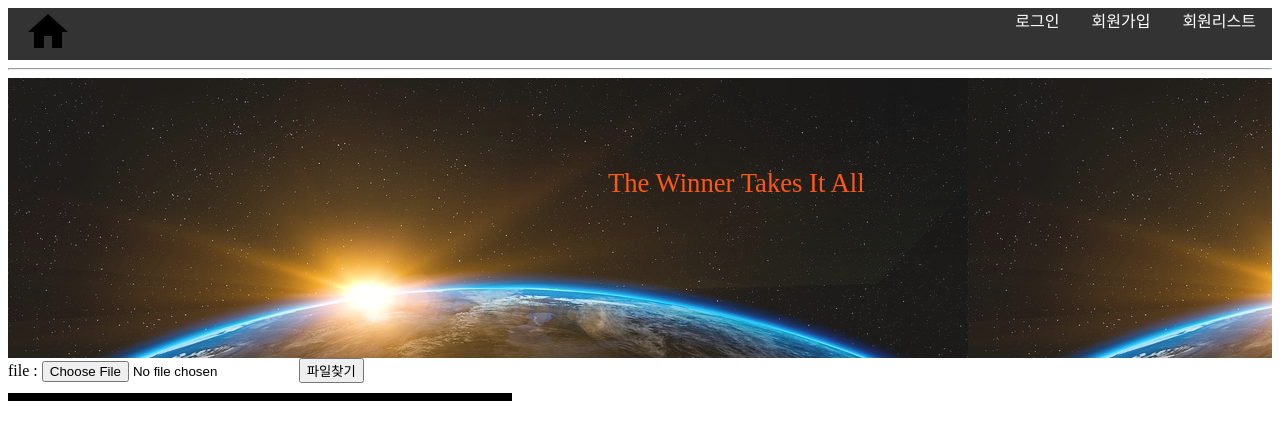
Repository: LeeHyukJe/jsp-bit
Page: http://localhost/jsp3/addrbook/index.jsp
These files come from the project's save history. The page is drawn as it stood at one moment and after the next save; the edit follows.
The browser window is 1280 px wide. The pictures show the whole page.
The page is served by Tomcat 9. Other server files are loaded and not shown. Queries for data that is not in the repository find no rows.

Above is the page before, as saved 2017-09-19 03:59:43.

### jsp3/WebContent/addrbook/index.jsp
<%@ page language="java" contentType="text/html; charset=UTF-8"
	pageEncoding="UTF-8"%>
<%@page import="jspbook.addrbook.*"%>
<%@page import="java.util.*"%>
<jsp:useBean id="addrbook" scope="page"
	class="jspbook.addrbook.AddrBook" />
<jsp:useBean id="addrbean" scope="page"
	class="jspbook.addrbook.AddrBean" />
<%
	ArrayList<AddrBook> list = addrbean.getDBList();
	String[] pic_list = new String[list.size()];
	Iterator<AddrBook> it = list.iterator();
	for (int i = 0; it.hasNext(); i++) {
		pic_list[i] = it.next().getAb_picture();
	}
%>


<!DOCTYPE html PUBLIC "-//W3C//DTD HTML 4.01 Transitional//EN" "http://www.w3.org/TR/html4/loose.dtd">
<html>
<head>
<meta charset="UTF-8">
<title>MyHompage</title>
<link rel="stylesheet" href="Hompage.css" type="text/css" media="screen" />
</head>
<style>
.img {
	width: 100%;
}
</style>
<body>


	<ul>
		<li class="home"><a href="HomePage.html"><img
				src="homeIcon.png" height="48" width="48" /></a></li>
		<li><a href="addrbook_control.jsp?action=list">회원리스트</a></li>
		<li><a href="addrbook_form.jsp">회원가입</a></li>
		<li><a href="login_form.html">로그인</a></li>
	</ul>
	<hr>
	<div class="gate">
		<div class="winner">The Winner Takes It All</div>
	</div>
	<div>
		<form action="fileTest.jsp" method="post"
			enctype="multipart/form-data">
			file : <input type="file" name="ab_picture"> <input
				type="submit" value="파일찾기">
		</form>
		<div class="main_container">
			<div class="picture1">
				<%
					for (int i = 0; i < pic_list.length; i++) {
						if (pic_list[i] == null)
							continue;
				%>
				<img class="img" src="<%=pic_list[i]%>">
				<%
					}
				%>
			</div>
			<div class="picture2">

			</div>
		</div>
	</div>
	<!-- <div class="gradient1">Copyright(c)2017 이혁제 All rights reserved.
	<!-->
	</div>

</body>
</html>

### jsp3/src/jspbook/addrbook/AddrBook.java
package jspbook.addrbook;


public class AddrBook {
	private int ab_id;
	private String ab_name;
	private String ab_email;
	private String ab_tel;
	private String ab_birth;
	private String ab_comdept;
	private String ab_memo;
	private String ab_picture;

	public int getAb_id() {
		return ab_id;
	}
	public void setAb_id(int ab_id) {
		this.ab_id = ab_id;
	}
	public String getAb_name() {
		return ab_name;
	}
	public void setAb_name(String ab_name) {
		this.ab_name = ab_name;
	}
	public String getAb_email() {
		return ab_email;
	}
	public void setAb_email(String ab_email) {
		this.ab_email = ab_email;
	}
	public String getAb_tel() {
		return ab_tel;
	}
	public void setAb_tel(String ab_tel) {
		this.ab_tel = ab_tel;
	}
	public String getAb_birth() {
		return ab_birth;
	}
	public void setAb_birth(String ab_birth) {
		this.ab_birth = ab_birth;
	}
	public String getAb_comdept() {
		return ab_comdept;
	}
	public void setAb_comdept(String ab_comdept) {
		this.ab_comdept = ab_comdept;
	}
	public String getAb_memo() {
		return ab_memo;
	}
	public void setAb_memo(String ab_memo) {
		this.ab_memo = ab_memo;
	}
	public String getAb_picture() {
		return ab_picture;
	}
	public void setAb_picture(String ab_picture) {
		this.ab_picture = ab_picture;
	}

}

### jsp3/src/jspbook/addrbook/AddrBean.java
package jspbook.addrbook;


import java.sql.*;
import java.util.*;

/**
 * file:AddrBean.java
 * desc:주소록 프로그램 DAO 클래스
 * @author 이혁제(lims2733@naver.com)
 */

public class AddrBean {
	Connection conn;
	PreparedStatement pstmt;

	String jdbc_driver;
	String jdbc_url;

	void connect() {


		if(System.getProperty("user.name").equals("lims2733")) {
			jdbc_driver="com.mysql.jdbc_Driver";
			jdbc_url="jdbc:mysql://127.0.0.1:3306/db";
		}
		else {
			jdbc_driver="oracle.jdbc.driver.OracleDriver";
			jdbc_url="jdbc:oracle:thin:@localhost:1521:xe";
		}

		try {
			Class.forName(jdbc_driver);
			conn=DriverManager.getConnection(jdbc_url,"student","1234");
		}catch(Exception e) {
			System.out.println(e);
		}
	}

	void disconnect() {
		if(pstmt!=null) {
			try {
				pstmt.close();
			}catch(SQLException e) {
				System.out.println(e);
			}catch(Exception e) {
				System.out.println(e);
			}
		}

		if(conn!=null) {
			try {
				conn.close();
			}catch(SQLException e) {
				System.out.println(e);
			}catch(Exception e) {
				System.out.println(e);
			}
		}
	}

	public boolean updateDB(AddrBook addrbook) {
		connect();

		String sql="update addrbook set ab_name=?,ab_email=?, ab_comdept=?,ab_birth=?,ab_tel=?, ab_memo=? where ab_id=?";

		try {
			pstmt=conn.prepareStatement(sql);
			pstmt.setString(1, addrbook.getAb_name());
			pstmt.setString(2, addrbook.getAb_email());
			pstmt.setString(3, addrbook.getAb_comdept());
			pstmt.setString(3, addrbook.getAb_birth());
			pstmt.setString(5, addrbook.getAb_tel());
			pstmt.setString(6, addrbook.getAb_memo());
			pstmt.setInt(7, addrbook.getAb_id());
		}catch(SQLException e) {
			System.out.println(e);
			return false;
		}finally {
			disconnect();
		}
		return true;
	}

	public boolean deleteDB(int gb_id) {
		connect();

		String sql="delete from addrbook where ab_id=?";

		try {
			pstmt=conn.prepareStatement(sql);
			pstmt.setInt(1, gb_id);
			pstmt.executeUpdate();
		}catch(SQLException e) {
			System.out.println(e);
			return false;
		}finally {
			disconnect();
		}
		return true;
	}

	public boolean insertDB(AddrBook addrbook) {
		connect();

		String sql="insert into addrbook(ab_name,ab_email,ab_comdept,ab_birth,ab_tel,ab_memo,ab_picture) values(?,?,?,?,?,?,?)";

		try {
			pstmt=conn.prepareStatement(sql);
			pstmt.setString(1, addrbook.getAb_name());
			pstmt.setString(2, addrbook.getAb_email());
			pstmt.setString(3, addrbook.getAb_comdept());
			pstmt.setString(4, addrbook.getAb_birth());
			pstmt.setString(5, addrbook.getAb_tel());
			pstmt.setString(6, addrbook.getAb_memo());
			pstmt.setString(7,addrbook.getAb_picture());
			pstmt.executeUpdate();
		}catch(SQLException e) {
			System.out.println(e);
			return false;
		}catch(Exception e) {
			System.out.println(e);
		}finally {
			disconnect();
		}
		return true;
	}

	public AddrBook getDB(int gb_id) {
		connect();

		String sql="select *from addrbook where ab_id=?";
		AddrBook addrbook=new AddrBook();

		try {
			pstmt=conn.prepareStatement(sql);
			pstmt.setInt(1, gb_id);
			ResultSet rs=pstmt.executeQuery();
			rs.next();
				addrbook.setAb_id(rs.getInt(1));
				addrbook.setAb_name(rs.getString(2));
				addrbook.setAb_email(rs.getString(3));
				addrbook.setAb_birth(rs.getString(4));
				addrbook.setAb_tel(rs.getString(5));
				addrbook.setAb_comdept(rs.getString(5));
				addrbook.setAb_memo(rs.getString(6));

			rs.close();
		}catch(SQLException e) {
			System.out.println(e);
		}finally {
			disconnect();
		}
		return addrbook;
	}

	public ArrayList<AddrBook> getDBList(){
		connect(); //db와 연결
		ArrayList<AddrBook>datas=new ArrayList<>(); //addrbook객체를 담을 배열 생성
		String sql="select * from addrbook";

		try {
			pstmt=conn.prepareStatement(sql); //
			ResultSet rs=pstmt.executeQuery(); //쿼리문 실행
			while(rs.next()) {
				AddrBook addrbook=new AddrBook();
				addrbook.setAb_id(rs.getInt(1)); //첫번째 행을 객체에 담음
				addrbook.setAb_name(rs.getString(2)); //두번째행을 객체에 담음
				addrbook.setAb_email(rs.getString(3)); //세번째 행을 객체에 담음
				addrbook.setAb_comdept(rs.getString(4)); //여섯번째 행을 객체에 담음
				addrbook.setAb_birth(rs.getString(5)); //네번째 행을 객체에 담음
				addrbook.setAb_tel(rs.getString(6)); //다섯번째 행을 객체에 담음
				addrbook.setAb_memo(rs.getString(7));
				addrbook.setAb_picture(rs.getString(8));
				datas.add(addrbook);
			}
			rs.close();
		}catch(SQLException e) {
			System.out.println(e);
		}catch(Exception e) {
			System.out.println(e);
		}finally {
			disconnect();
		}
		return datas;
	}
}

### jsp3/WebContent/addrbook/Hompage.css
div.gate {
	position: relative;
	background-image: url("uni.jpg");
	width: 100%;
	padding: 140px 0;
	opacity: 0.9;
}

div.winner {
	position: absolute;
	left: 0;
	width: 300px;
	top: 90px;
	left: 600px;
	font-size: 20pt;
	color: orangered;
	font-family: �굹�닎諛붾Ⅸ怨좊뵓;
}

ul {
	list-style-type: none;
	margin: 0;
	padding: 0;
	overflow: hidden;
	background-color: #333;
}

li {
	float: right;
}

li.home {
	float: left;
}

li a {
	display: inline;
	color: white;
	text-align: center;
	padding: 14px 16px;
	text-decoration: none;
}

li a:hover {
	background-color: #111;
}


div.gradient1 {
	position: fixed;
	bottom: 0;
	margin: 700px 0 0 0;
	width: 100%;
	padding: 100px 0;
	background: linear-gradient(to top, gray, white);
	text-align: center;
	vertical-align: middle;
}

.main_container{
	position:relative;
	width:100%
	height:;
	top:10px;
}

.picture1{
	postion:absolute;
	width:500px;
	height:auto;
	border:2px solid black;
}

.picture2{
	postion:absolute;
	width:500px;
	height:auto;
	border:2px solid black;
}

After the next save:
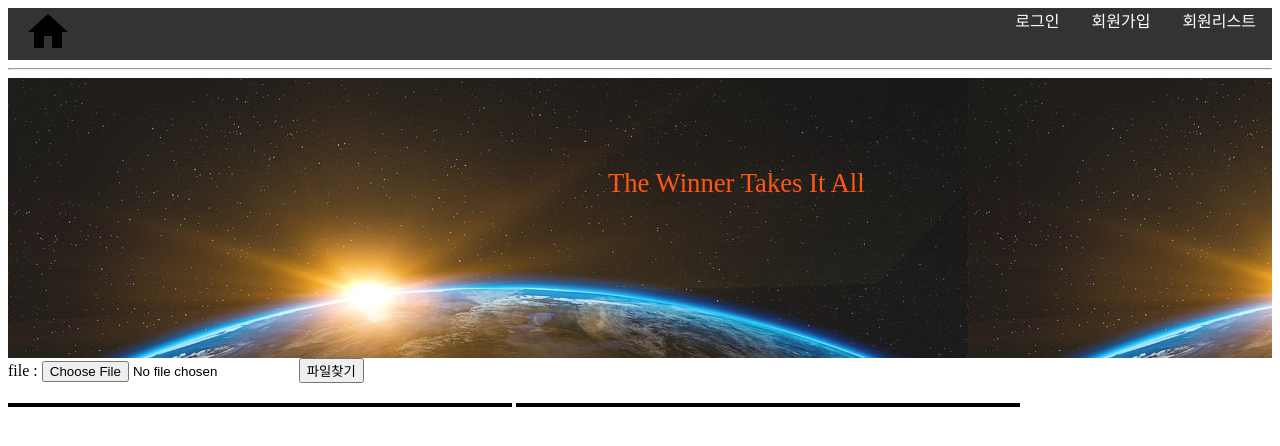
Saved 33 s later.
--- a/jsp3/WebContent/addrbook/Hompage.css
+++ b/jsp3/WebContent/addrbook/Hompage.css
@@ -66,6 +66,7 @@ div.gradient1 {
 
 .picture1{
 	postion:absolute;
+	display:inline-block;
 	width:500px;
 	height:auto;
 	border:2px solid black;
@@ -73,6 +74,7 @@ div.gradient1 {
 
 .picture2{
 	postion:absolute;
+	display:inline-block;
 	width:500px;
 	height:auto;
 	border:2px solid black;
